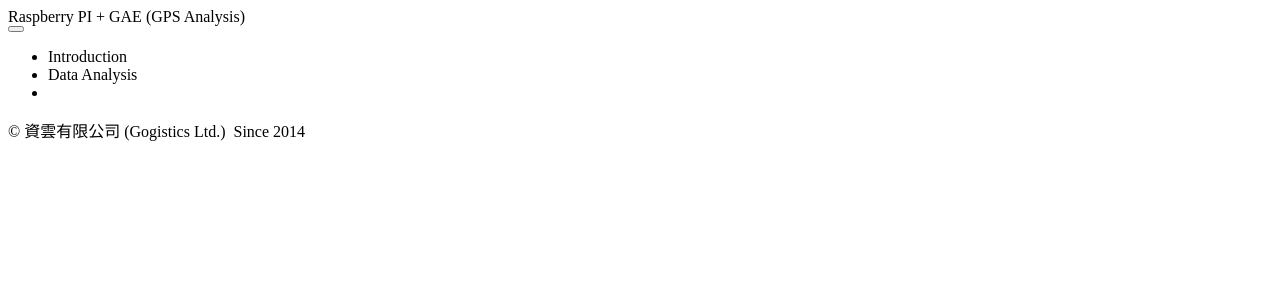
Repository: hanjangchen/Raspberry
Page: prjGAEGPSAnalysis/prjGPSAnalysis/src/static/my_ng_templates/desktop/index.html
An editor plug-in stored every save of this project. The page is shown before and after the next save, followed by the edit.
The browser window is 1280 px wide. The pictures show the whole page.

Above is the page before, as saved 2014-11-02 23:12:12.

### prjGAEGPSAnalysis/prjGPSAnalysis/src/static/my_ng_templates/desktop/index.html
<!-- index page template -->
<div ng-controller="myIndexCtrl"
	class="navbar navbar-default navbar-fixed-top">
	<div class="container-fluid">
		<div class="navbar-header">
			<div class="navbar-brand">Raspberry PI + GAE (GPS Analysis)</div>

			<button id="list_icon" type="button" class="navbar-toggle"
				data-toggle="collapse" data-target=".navHeaderCollapse">
				<span class="icon-bar"></span> <span class="icon-bar"></span> <span
					class="icon-bar"></span>
			</button>
		</div>

		<div id="menu_list" class="collapse navbar-collapse navHeaderCollapse">
			<ul class="nav navbar-nav navbar-right text-center">
				<li ng-class="is_selected('index_introduction') ? 'active' : 'inactive' "
					ng-click="select_topic('index_introduction')"><a ui-sref="index_introduction">Introduction</a></li>
				<li ng-class="is_selected('index_data_analysis') ? 'active' : 'inactive' "
					ng-click="select_topic('index_data_analysis')"><a ui-sref="index_data_analysis">Data Analysis</a></li>
				<li><a class="glyphicon glyphicon-envelope" href="mailto:[[email]]" title="Send Us Email to [[email]]" style="font-size: 1.2em;"></a></li>
			</ul>
		</div>
	</div>
</div>

<!-- template view -->
<div ui-view class="jumbotron text-center template_conatiner_view"></div>


<!--  -->
<div class="navbar navbar-default navbar-bottom col-xs-12 col-sm-12 col-md-12 col-lg-12 text-center">
	<my-index-gps-data class="col-xs-4 col-sm-4 col-md-4 col-lg-4"></my-index-gps-data>
	<!-- copy right -->
		<div class="navbar-brand my_navbar_brand_copy_right col-xs-4 col-sm-4 col-md-4 col-lg-4">
			&copy; <span>資雲有限公司&nbsp;(Gogistics Ltd.)</span><span>&nbsp;&nbsp;Since
				2014</span><span><a class="glyphicon glyphicon-envelope"
				href="mailto:[[email]]" title="聯絡我們 -[[email]]"
				style="color: #000; margin-left: 10px;"></a></span>
		</div>
	<div class="col-xs-4 col-sm-4 col-md-4 col-lg-4"></div>
</div>

<!-- js -->
<script type="text/javascript" src="/js/index.js"></script>

### prjGAEGPSAnalysis/prjGPSAnalysis/src/static/javascripts/index.js
/*(function(){
	 JQuery
	var $list_icon = $('#list_icon');
	$('.navbar-collapse a').click(function() {
		if ($list_icon.is(":visible")) {
			$(".navbar-collapse").collapse('hide');
		}
	});
})();*/

After the next save:
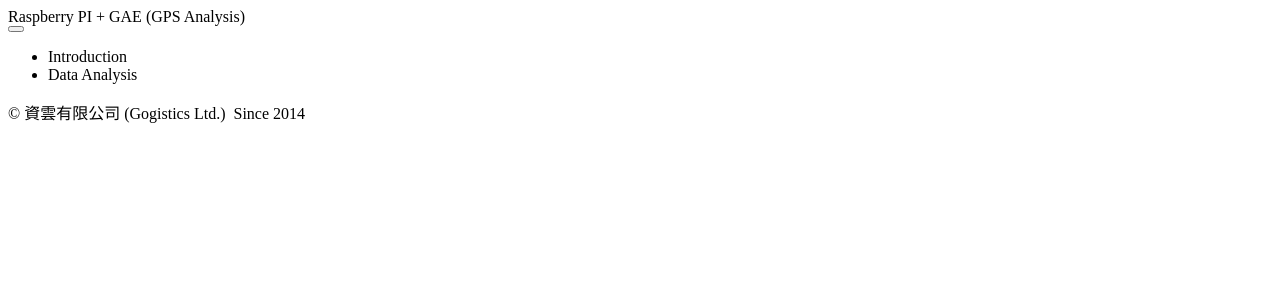
Saved 2 min 33 s later.
--- a/prjGAEGPSAnalysis/prjGPSAnalysis/src/static/my_ng_templates/desktop/index.html
+++ b/prjGAEGPSAnalysis/prjGPSAnalysis/src/static/my_ng_templates/desktop/index.html
@@ -18,7 +18,6 @@
 					ng-click="select_topic('index_introduction')"><a ui-sref="index_introduction">Introduction</a></li>
 				<li ng-class="is_selected('index_data_analysis') ? 'active' : 'inactive' "
 					ng-click="select_topic('index_data_analysis')"><a ui-sref="index_data_analysis">Data Analysis</a></li>
-				<li><a class="glyphicon glyphicon-envelope" href="mailto:[[email]]" title="Send Us Email to [[email]]" style="font-size: 1.2em;"></a></li>
 			</ul>
 		</div>
 	</div>
